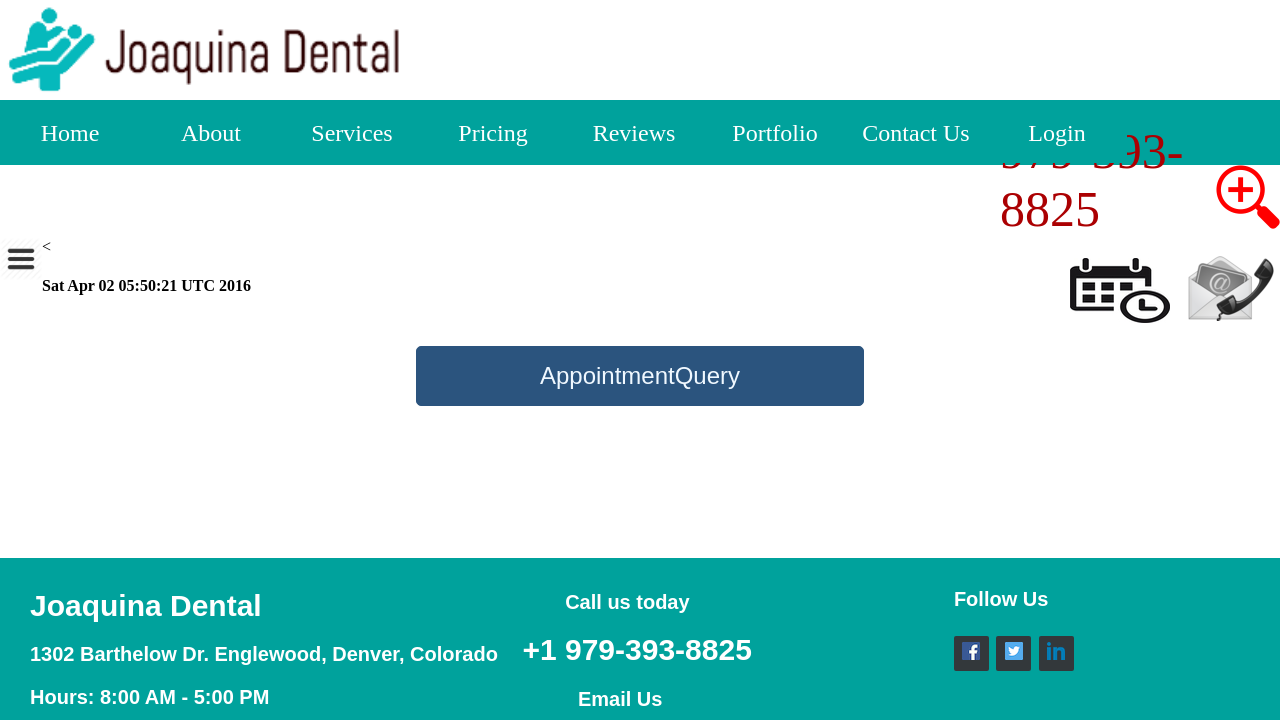
Repository: ManjushaBolishetty/test
Page: http://localhost/test/PatientHomePage.jsp
An editor plug-in stored every save of this project. The page is shown before and after the next save, followed by the edit.
The browser window is 1280 px wide. The pictures show the whole page.
The page is served by Tomcat 9.

Above is the page before, as saved 2016-04-03 16:56:11.

After the next save:
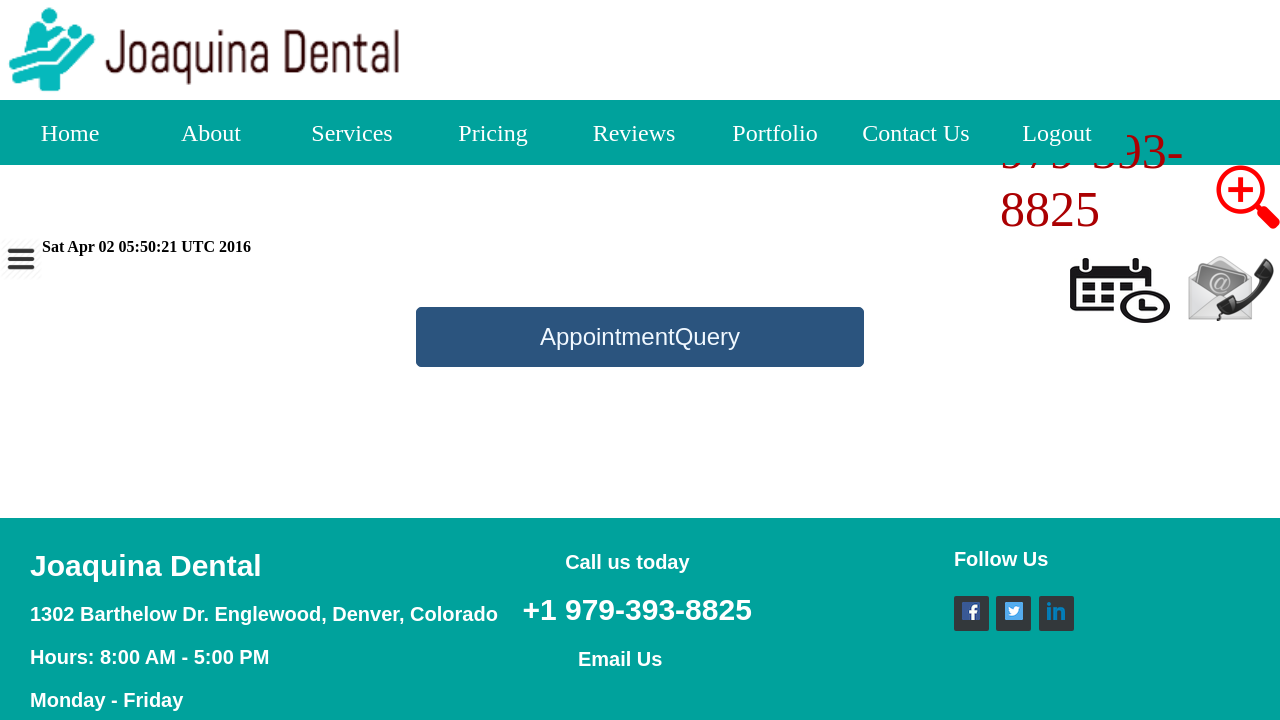
Saved 46 s later.
--- a/test/WebContent/PatientHomePage.jsp
+++ b/test/WebContent/PatientHomePage.jsp
@@ -9,7 +9,16 @@
 	<meta name="viewport" content="width=device-width, initial-scale=1">
 	<script src="http://code.jquery.com/jquery-latest.js">  </script>
 <link href="CSS/ResponsiveForm.css" rel="stylesheet" type="text/css" />
-    <<title>Patient Home Page</title>
+    <title>Patient Home Page</title>
+
+    <script type="text/javascript">
+    $(document).ready(function(){
+	$('a.loginToggle').text("Logout");
+	$('#getApt').click(function(){
+		fetchAppointment();
+	});
+});
+</script>
 </head>
 <body>
 <%
